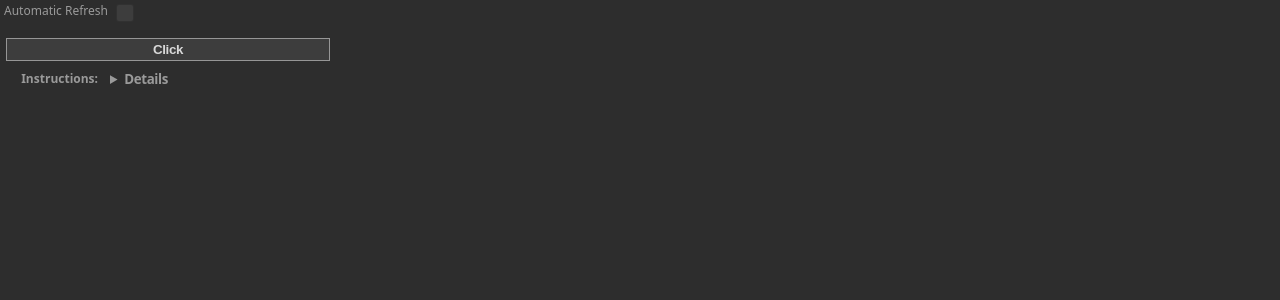
Repository: f00d4tehg0dz/elgato-streamdeck-cookie-clicker
Page: com.f00d4tehg0dz.cookieclicker.sdPlugin/cookieclicker.html
An editor plug-in stored every save of this project. The page is shown before and after the next save, followed by the edit.
The browser window is 1280 px wide. The pictures show the whole page.

Above is the page before, as saved 2022-01-28 11:52:33.

### com.f00d4tehg0dz.cookieclicker.sdPlugin/cookieclicker.html
<!DOCTYPE html>
<html>

<head>
    <meta charset="utf-8"/>
    <title>com.f00d4tehg0dz.cookieclicker</title>
    <link rel="stylesheet" href="css/sdpi.css">
    <script src="js/jquery-3.3.1.js"></script>
    <script src="js/common.js"></script>

</head>

<body>
<div class="sdpi-wrapper">
    <div type="checkbox" class="sdpi-item">
        <div class="sdpi-dynamic-styles">Automatic Refresh </div>
        <input class="sdpi-item-value" id="automaticRefresh" type="checkbox">
        <label for="automaticRefresh"><span></span></label>
    </div>
    <div class="sdpi-item">
        <button class="sdpi-item-value" id="updateButton">Click</button>
    </div>
    <div class="sdpi-item">
        <div class="sdpi-item-label">Instructions</div>
        <details class="sdpi-item-value">
            <p>Click the cookie to make more cookies<br>
            Cookie Title upgrades as you reach cookie clicker milestones <br></p>
            <p>You can learn more about this plugin by visiting its Github
                page by <a
                        href="#"
                        onclick="openGithub()">clicking here.</a>
        </details>
    </div>
</div>

<script>
    let uuid = "",
        actionName = "";

    if ($SD) {
        $SD.on('connected', function (jsonObj) {
            uuid = jsonObj['uuid'];
            if (jsonObj.hasOwnProperty('actionInfo')) {
                actionName = jsonObj.actionInfo.action;
            }
            let settings = $SD.actionInfo.payload.settings;
        });
    }

    $(document).ready(function () {

        $("#updateButton").click(function () {
            // Sending the saved settings to the plugin from property inspector.

            if ($SD && $SD.connection) {
                let payload = {};
                payload.updateClick = updateClick;

                $SD.api.sendToPlugin(uuid, actionName, payload);
            }
        });
        function openGithub() {
            $SD.api.openUrl($SD.actionInfo.context, "https://github.com/f00d4tehg0dz/Doge-Coin-Plugin-for-Eglato-Streamdeck")
    }
    });

</script>

</body>

</html>

Loaded but not shown: com.f00d4tehg0dz.cookieclicker.sdPlugin/js/jquery-3.3.1.js (library); com.f00d4tehg0dz.cookieclicker.sdPlugin/js/common.js (1200 lines, source omitted); com.f00d4tehg0dz.cookieclicker.sdPlugin/css/sdpi.css (1482 lines, source omitted)

After the next save:
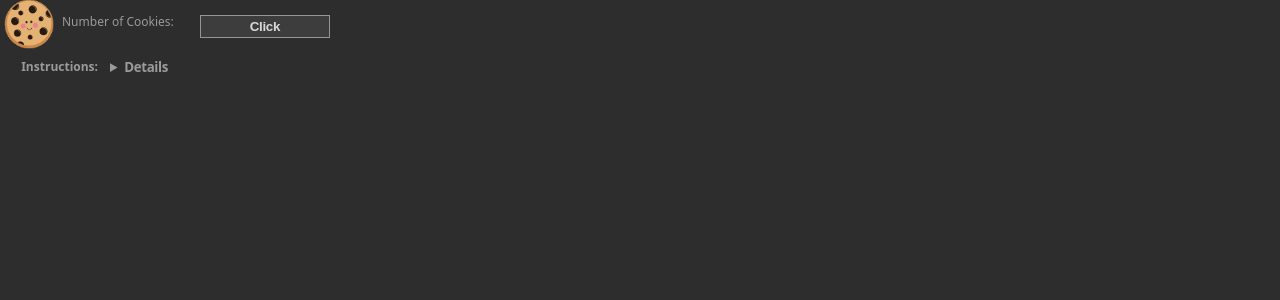
Saved 3 min 35 s later.
--- a/com.f00d4tehg0dz.cookieclicker.sdPlugin/cookieclicker.html
+++ b/com.f00d4tehg0dz.cookieclicker.sdPlugin/cookieclicker.html
@@ -12,12 +12,13 @@
 
 <body>
 <div class="sdpi-wrapper">
-    <div type="checkbox" class="sdpi-item">
-        <div class="sdpi-dynamic-styles">Automatic Refresh </div>
-        <input class="sdpi-item-value" id="automaticRefresh" type="checkbox">
-        <label for="automaticRefresh"><span></span></label>
-    </div>
     <div class="sdpi-item">
+        <div id = "cookie" onclick="cookieClick()">
+            <img src="icon-animate.gif" width="50px"/>
+        </div>
+        <p>Number of Cookies:</p>
+        <div id = "numbers"></div>
+        <div id= "upgradeLevel"></div>
         <button class="sdpi-item-value" id="updateButton">Click</button>
     </div>
     <div class="sdpi-item">
